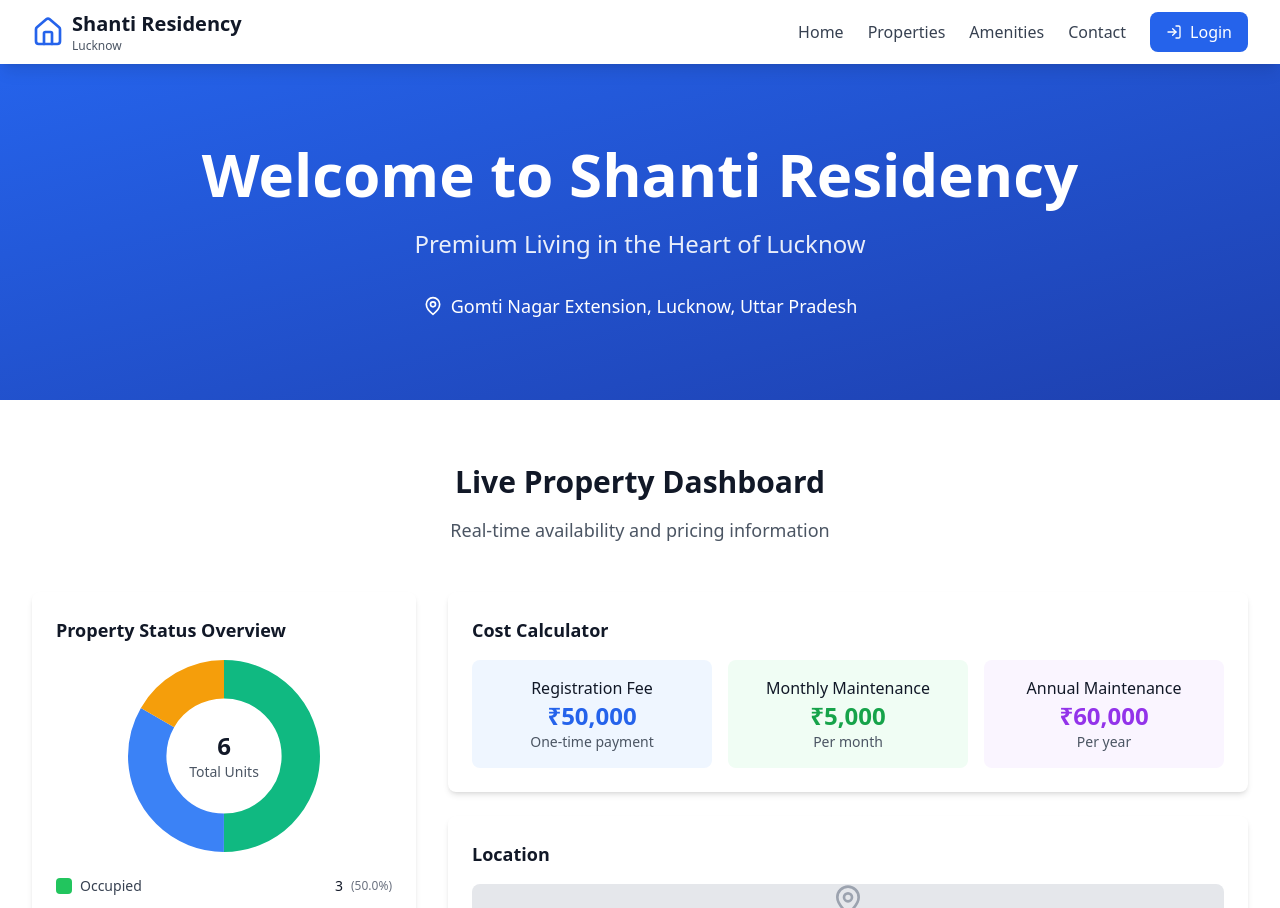
Repository: GauraVPandeyyy/HouseHub
Page: /
The author's editor kept a copy of each file at every save. The page is drawn from the files as they stood at one save, then again after the next save.
The browser window is 1280 px wide. The pictures show the part of the page from y = 0 to 908 px (the page is 4158 px tall before and 4126 px after).
Pictures or frames that could not be fetched are drawn as grey boxes. The project was rebuilt for these pictures with package versions that can differ from the ones it lists, and the page was loaded fresh each time. Also part of the build but not shown: vite.config.ts, src/components/Auth/LoginModal.tsx, src/components/Dashboard/ResidentDashboard.tsx, src/components/Dashboard/ManagerDashboard.tsx.

Above is the page before, as saved 2025-07-27 11:59:34.

After the next save:
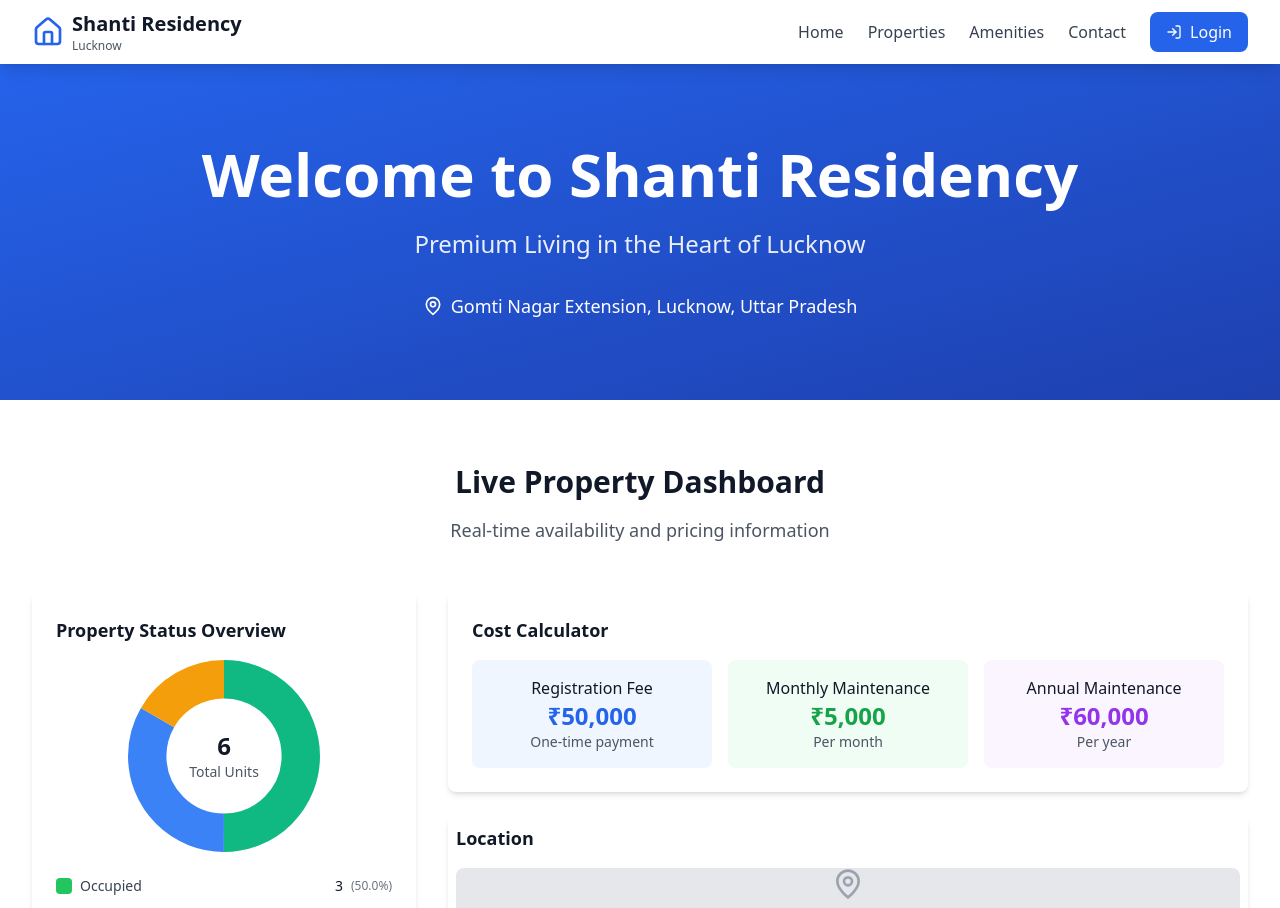
Saved 43 s later.
--- a/src/components/LandingPage.tsx
+++ b/src/components/LandingPage.tsx
@@ -96,7 +96,7 @@ export default function LandingPage() {
               </div>
 
               {/* Google Maps Placeholder */}
-              <div className="bg-white rounded-lg shadow-md p-6">
+              <div className="bg-white rounded-lg shadow-md p-2">
                 <h3 className="text-lg font-semibold text-gray-900 mb-4">Location</h3>
                 <div className="aspect-video bg-gray-200 rounded-lg flex items-center justify-center">
                   <div className="text-center">
